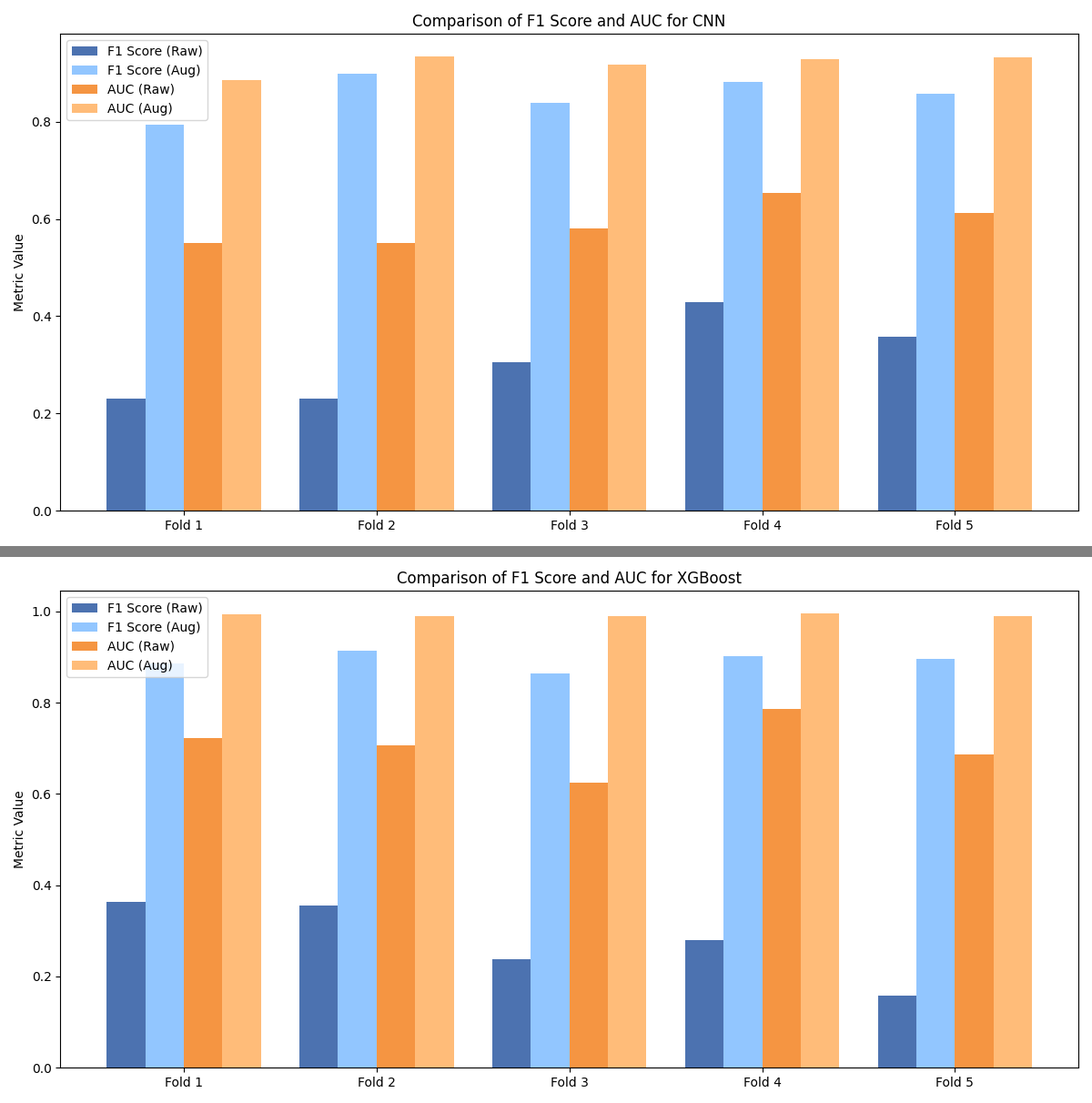
Repository: Hanqk97/COVID-19_Audio_Detection_Project
Script's output: python Plot/grounped_bar_chart.py
An editor plug-in stored every save of this project. The script's output is shown before and after the next save, followed by the edit.
The pictures are shown at 91% of full size.
Each picture stacks the figures in order, with grey between them; figures that are only written to a file come last. Random numbers start from a fixed seed.

Above is the script's output before, as saved 2024-12-03 17:34:48.

After the next save:
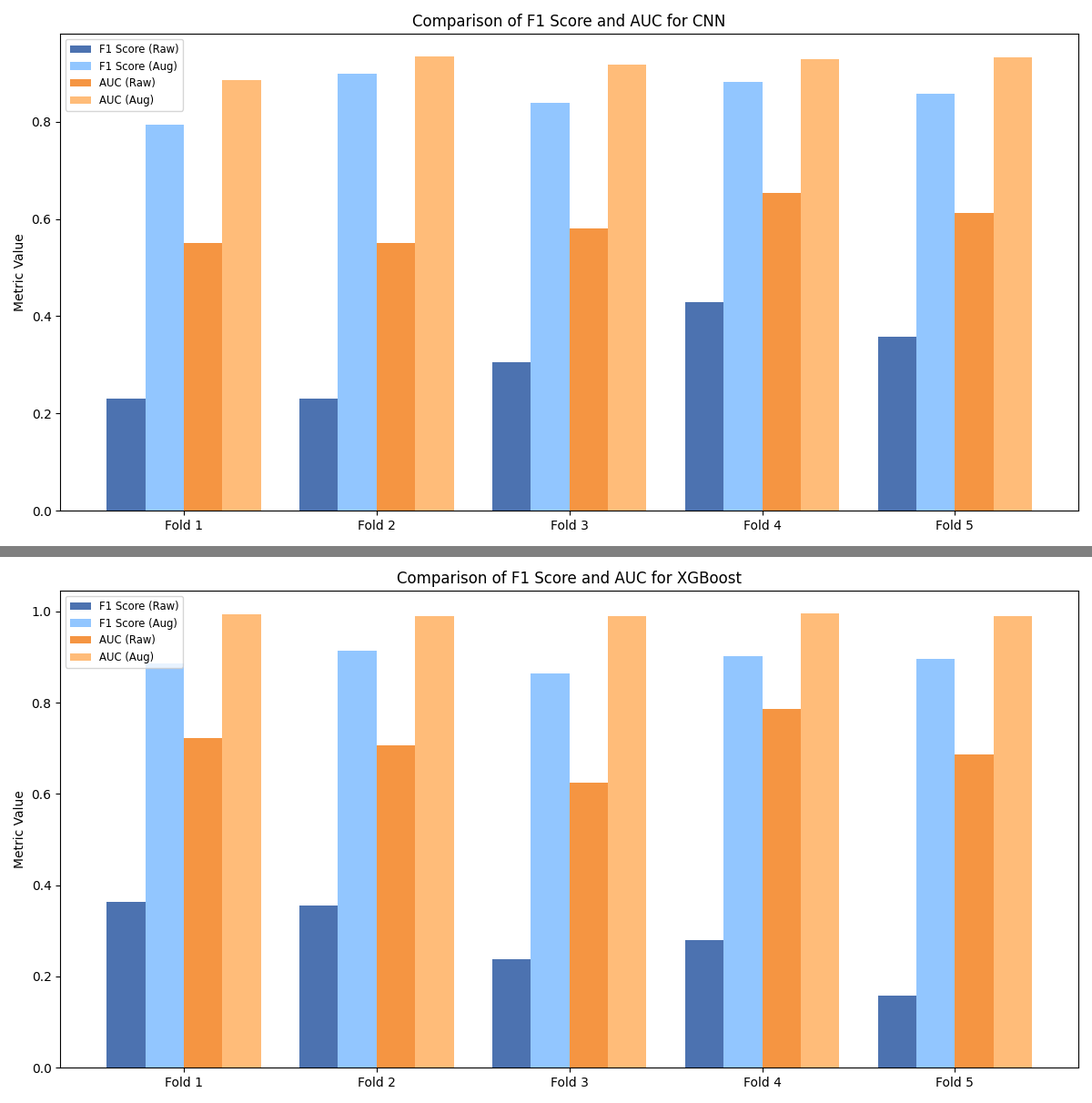
Saved 2 min 41 s later.
--- a/Plot/grounped_bar_chart.py
+++ b/Plot/grounped_bar_chart.py
@@ -33,7 +33,7 @@ def plot_grouped_bar_chart(model_name, raw_f1, aug_f1, raw_auc, aug_auc, filenam
     ax.set_title(f'Comparison of F1 Score and AUC for {model_name}')
     ax.set_xticks(x)
     ax.set_xticklabels(x_labels)
-    ax.legend(loc='upper left')  # Place legend in top-left
+    ax.legend(loc='upper left', fontsize='small')  # Place legend in top-left
 
     # Save the plot
     plt.tight_layout()
